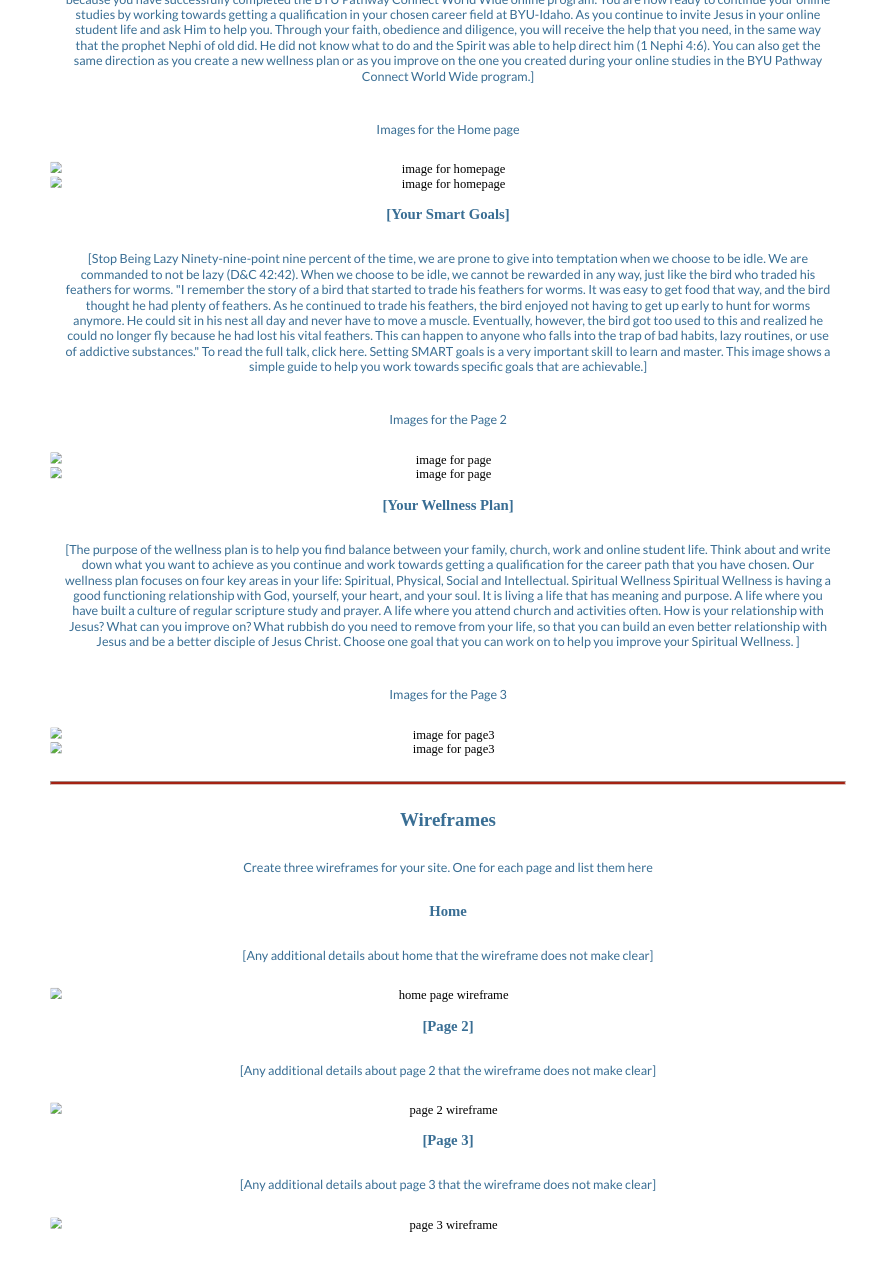
Repository: mszakutumela/wdd130
Page: wellness_plan/site-plan.html
An editor plug-in stored every save of this project. The page is shown before and after the next save, followed by the edit.
The browser window is 1280 px wide. The pictures show the part of the page from y = 2913 to 4833 px (the page is 4745 px tall before and 4833 px after), at 70% of full size.
Some web fonts or font styles are not loaded; a fallback is used.

Above is the page before, as saved 2023-07-14 22:41:06.

After the next save:
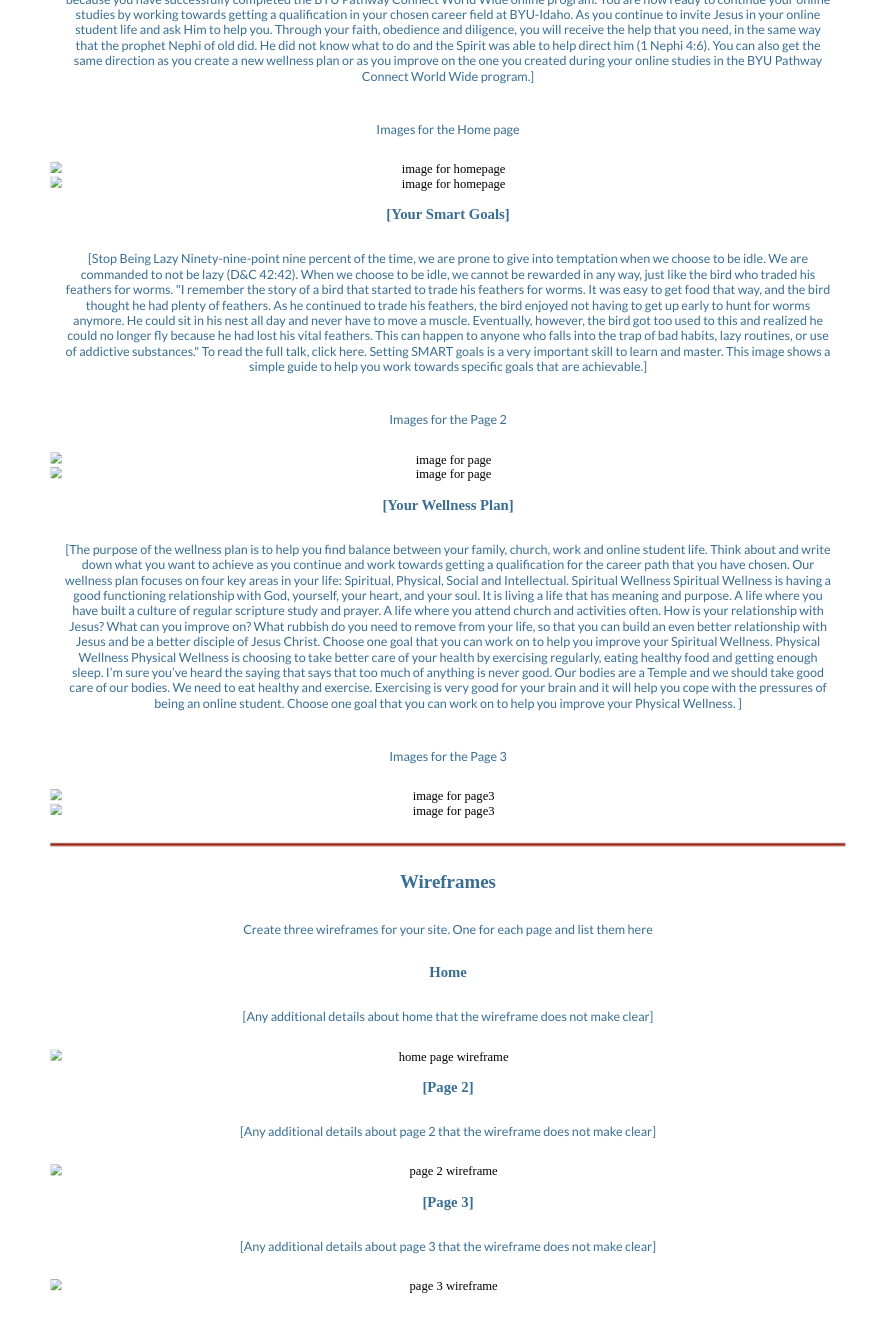
Saved 12 s later.
--- a/wellness_plan/site-plan.html
+++ b/wellness_plan/site-plan.html
@@ -186,6 +186,8 @@
         relationship with Jesus and be a better disciple of Jesus Christ. Choose one goal that you can work on to help you
         improve your Spiritual Wellness.
 
+        Physical Wellness
+Physical Wellness is choosing to take better care of your health by exercising regularly, eating healthy food and getting enough sleep. I’m sure you’ve heard the saying that says that too much of anything is never good. Our bodies are a Temple and we should take good care of our bodies. We need to eat healthy and exercise. Exercising is very good for your brain and it will help you cope with the pressures of being an online student. Choose one goal that you can work on to help you improve your Physical Wellness.
 
 ]
       </p>
